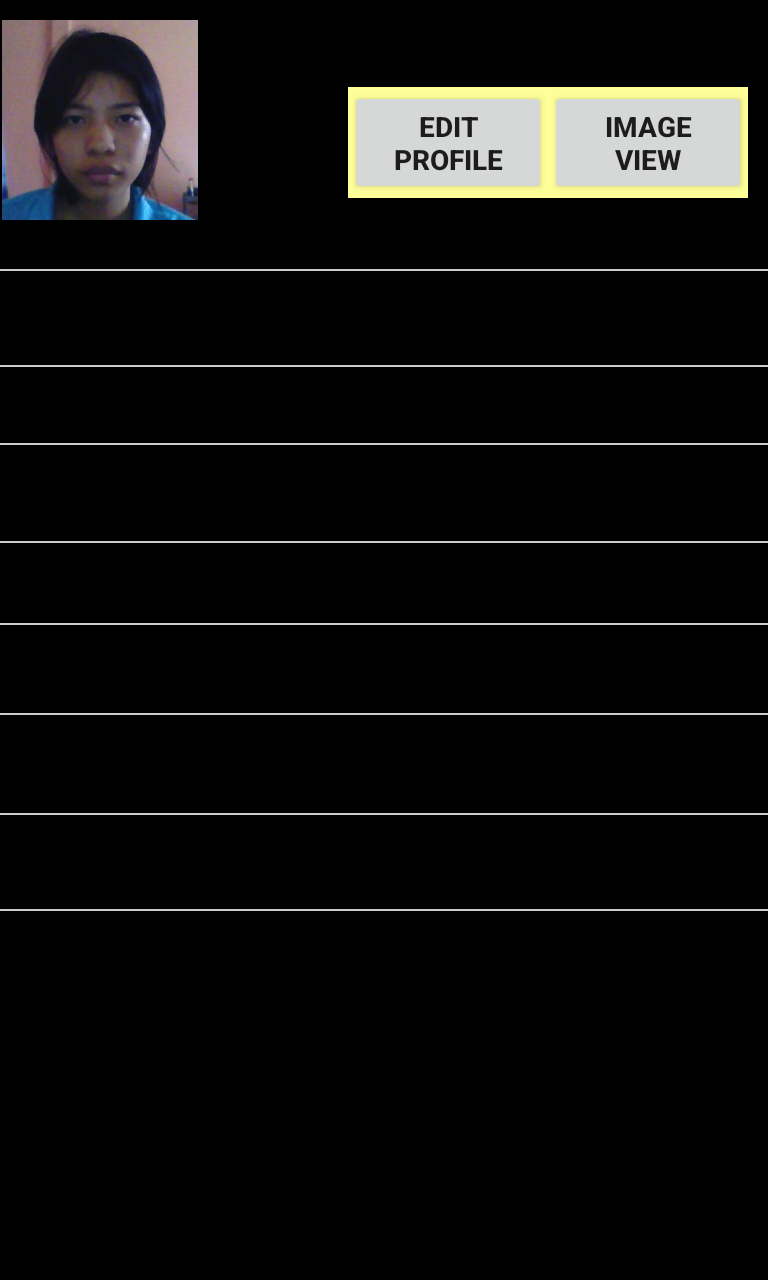
Repository: Android55410599/PROFILE
Layout: Resume_55410559/res/layout/activity_main.xml
These files come from the project's save history. The layout is drawn as it stood at one moment and after the next save; the edit follows.
It is drawn on a 768 x 1280 px phone screen (xhdpi) without system bars, with theme AppTheme; the app's code is not run.

Above is the layout before, as saved 2014-09-03 13:45:18.

### Resume_55410559/res/layout/activity_main.xml
<RelativeLayout xmlns:android="http://schemas.android.com/apk/res/android"
    xmlns:tools="http://schemas.android.com/tools"
    android:layout_width="match_parent"
    android:layout_height="match_parent"
    android:background="#000000"
    tools:context="com.example.resume_55410599.MainActivity" >

    <LinearLayout
        android:id="@+id/linearLayout1"
        android:layout_width="100dp"
        android:layout_height="100dp"
        android:layout_marginTop="10dp" >

        <ImageView
            android:id="@+id/imageView1"
            android:layout_width="wrap_content"
            android:layout_height="wrap_content"
            android:src="@drawable/enn" />

    </LinearLayout>

    <TextView
        android:id="@+id/textView1"
        android:layout_width="wrap_content"
        android:layout_height="wrap_content"
        android:layout_alignLeft="@+id/linearLayout3"
        android:layout_alignParentTop="true"
        android:layout_marginTop="14dp"
        android:text="Onwara Eiamtabtim"
        android:textAppearance="?android:attr/textAppearanceLarge"
        android:textStyle="bold" />

    <LinearLayout
        android:id="@+id/linearLayout3"
        android:layout_width="wrap_content"
        android:layout_height="wrap_content"
        android:layout_alignParentRight="true"
        android:layout_below="@id/textView1"
        android:layout_marginRight="10dp"
        android:background="#FFFF99" >

        <Button
            android:id="@+id/btn1"
            android:layout_width="100dp"
            android:layout_height="wrap_content"
            android:text="Edit Profile"
            android:textStyle="bold" />

        <Button
            android:id="@+id/btnimg"
            android:layout_width="100dp"
            android:layout_height="wrap_content"
            android:text="Image View"
            android:textStyle="bold" />

    </LinearLayout>

    <LinearLayout
        android:id="@+id/linearLayout2"
        android:layout_width="match_parent"
        android:layout_height="wrap_content"
        android:layout_alignParentLeft="true"
        android:layout_below="@+id/linearLayout1" >

        <TextView
            android:id="@+id/textView2"
            android:layout_width="wrap_content"
            android:layout_height="wrap_content"
            android:layout_marginLeft="5dp"
            android:text="Student in Burapha University BC 15"
            android:textAppearance="?android:attr/textAppearanceMedium"
            android:textStyle="bold|italic" />

    </LinearLayout>

    <TextView
        android:id="@+id/textView3"
        android:layout_width="wrap_content"
        android:layout_height="wrap_content"
        android:layout_alignParentLeft="true"
        android:layout_below="@+id/view1"
        android:layout_marginLeft="15dp"
        android:layout_marginTop="14dp"
        android:text="Age"
        android:textStyle="bold" />

    <TextView
        android:id="@+id/textView4"
        android:layout_width="wrap_content"
        android:layout_height="wrap_content"
        android:layout_alignBaseline="@+id/textView3"
        android:layout_alignBottom="@+id/textView3"
        android:layout_alignRight="@+id/textView1"
        android:text="21" />

    <TextView
        android:id="@+id/textView6"
        android:layout_width="wrap_content"
        android:layout_height="wrap_content"
        android:layout_alignBottom="@+id/view3"
        android:layout_alignRight="@+id/linearLayout3"
        android:layout_marginBottom="14dp"
        android:text="Female" />

    <TextView
        android:id="@+id/textView5"
        android:layout_width="wrap_content"
        android:layout_height="wrap_content"
        android:layout_alignBaseline="@+id/textView6"
        android:layout_alignBottom="@+id/textView6"
        android:layout_alignLeft="@+id/textView3"
        android:text="Sex"
        android:textStyle="bold" />

    <TextView
        android:id="@+id/textView7"
        android:layout_width="wrap_content"
        android:layout_height="wrap_content"
        android:layout_alignBottom="@+id/View01"
        android:layout_alignLeft="@+id/textView5"
        android:layout_marginBottom="16dp"
        android:text="Nickname"
        android:textStyle="bold" />

    <TextView
        android:id="@+id/textView8"
        android:layout_width="wrap_content"
        android:layout_height="wrap_content"
        android:layout_alignBaseline="@+id/textView7"
        android:layout_alignBottom="@+id/textView7"
        android:layout_alignRight="@+id/textView4"
        android:text="On" />

    <TextView
        android:id="@+id/textView10"
        android:layout_width="wrap_content"
        android:layout_height="wrap_content"
        android:layout_alignBottom="@+id/View02"
        android:layout_alignRight="@+id/textView6"
        android:layout_marginBottom="14dp"
        android:text="Computer Business" />

    <TextView
        android:id="@+id/textView9"
        android:layout_width="wrap_content"
        android:layout_height="wrap_content"
        android:layout_alignBaseline="@+id/textView10"
        android:layout_alignBottom="@+id/textView10"
        android:layout_alignRight="@+id/textView13"
        android:text="Major"
        android:textStyle="bold" />

    <TextView
        android:id="@+id/textView12"
        android:layout_width="wrap_content"
        android:layout_height="wrap_content"
        android:layout_alignBottom="@+id/View03"
        android:layout_alignLeft="@+id/textView10"
        android:layout_marginBottom="16dp"
        android:text="Science and Social " />

    <TextView
        android:id="@+id/textView11"
        android:layout_width="wrap_content"
        android:layout_height="wrap_content"
        android:layout_alignBaseline="@+id/textView12"
        android:layout_alignBottom="@+id/textView12"
        android:layout_alignLeft="@+id/textView7"
        android:text="Faculty"
        android:textStyle="bold" />

    <TextView
        android:id="@+id/textView14"
        android:layout_width="wrap_content"
        android:layout_height="wrap_content"
        android:layout_alignRight="@+id/textView16"
        android:layout_below="@+id/View03"
        android:layout_marginTop="16dp"
        android:text="3" />

    <TextView
        android:id="@+id/textView13"
        android:layout_width="wrap_content"
        android:layout_height="wrap_content"
        android:layout_alignBaseline="@+id/textView14"
        android:layout_alignBottom="@+id/textView14"
        android:layout_alignLeft="@+id/textView11"
        android:text="Grade"
        android:textStyle="bold" />

    <TextView
        android:id="@+id/textView16"
        android:layout_width="wrap_content"
        android:layout_height="wrap_content"
        android:layout_alignBaseline="@+id/textView15"
        android:layout_alignBottom="@+id/textView15"
        android:layout_alignRight="@+id/textView10"
        android:text="Burapha University" />

    <View
        android:id="@+id/View02"
        android:layout_width="wrap_content"
        android:layout_height="1dp"
        android:layout_alignParentLeft="true"
        android:layout_below="@+id/View01"
        android:layout_marginTop="40dp"
        android:background="#cccccc" />

    <TextView
        android:id="@+id/textView15"
        android:layout_width="wrap_content"
        android:layout_height="wrap_content"
        android:layout_alignLeft="@+id/textView9"
        android:layout_below="@+id/View04"
        android:layout_marginTop="14dp"
        android:text="University"
        android:textStyle="bold" />

    <View
        android:id="@+id/view1"
        android:layout_width="wrap_content"
        android:layout_height="1dp"
        android:layout_alignParentLeft="true"
        android:layout_below="@+id/linearLayout2"
        android:background="#cccccc" />

    <View
        android:id="@+id/view2"
        android:layout_width="wrap_content"
        android:layout_height="1dp"
        android:layout_alignParentLeft="true"
        android:layout_below="@+id/textView3"
        android:layout_marginTop="14dp"
        android:background="#cccccc" />

    <View
        android:id="@+id/View04"
        android:layout_width="wrap_content"
        android:layout_height="1dp"
        android:layout_alignParentLeft="true"
        android:layout_below="@+id/textView14"
        android:layout_marginTop="14dp"
        android:background="#cccccc" />

    <View
        android:id="@+id/View05"
        android:layout_width="wrap_content"
        android:layout_height="1dp"
        android:layout_alignParentLeft="true"
        android:layout_below="@+id/textView16"
        android:layout_marginTop="14dp"
        android:background="#cccccc" />

    <View
        android:id="@+id/View03"
        android:layout_width="wrap_content"
        android:layout_height="1dp"
        android:layout_alignParentLeft="true"
        android:layout_below="@+id/textView10"
        android:layout_marginTop="44dp"
        android:background="#cccccc" />

    <View
        android:id="@+id/View01"
        android:layout_width="wrap_content"
        android:layout_height="1dp"
        android:layout_alignParentLeft="true"
        android:layout_below="@+id/textView6"
        android:layout_marginTop="48dp"
        android:background="#cccccc" />

    <View
        android:id="@+id/view3"
        android:layout_width="wrap_content"
        android:layout_height="1dp"
        android:layout_alignParentLeft="true"
        android:layout_below="@+id/view2"
        android:layout_marginTop="38dp"
        android:background="#cccccc" />

</RelativeLayout>

Loaded but not shown: Resume_55410559/res/values/styles.xml (common file); Resume_55410559/res/values-v11/styles.xml (common file); Resume_55410559/res/values-v14/styles.xml (common file)

After the next save:
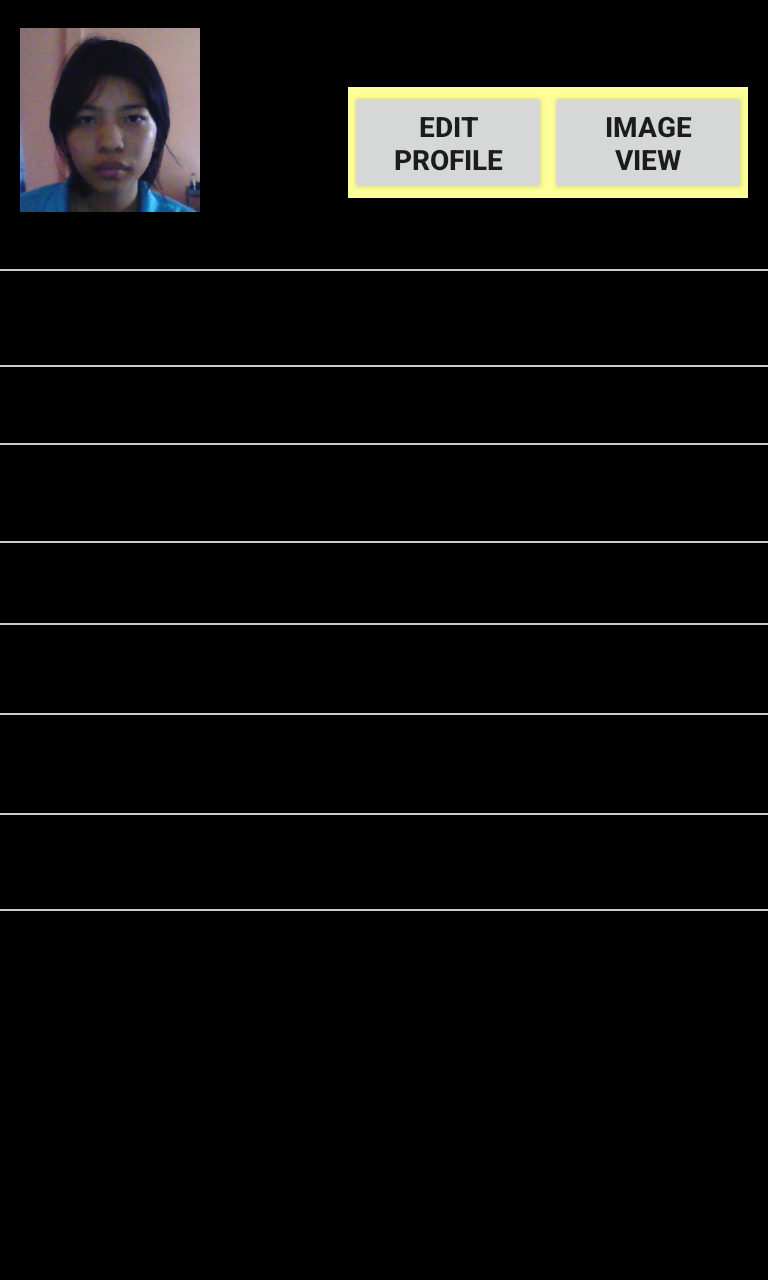
Saved 4 min 9 s later.
--- a/Resume_55410559/res/layout/activity_main.xml
+++ b/Resume_55410559/res/layout/activity_main.xml
@@ -15,6 +15,7 @@
             android:id="@+id/imageView1"
             android:layout_width="wrap_content"
             android:layout_height="wrap_content"
+            android:layout_marginLeft="10dp"
             android:src="@drawable/enn" />
 
     </LinearLayout>
